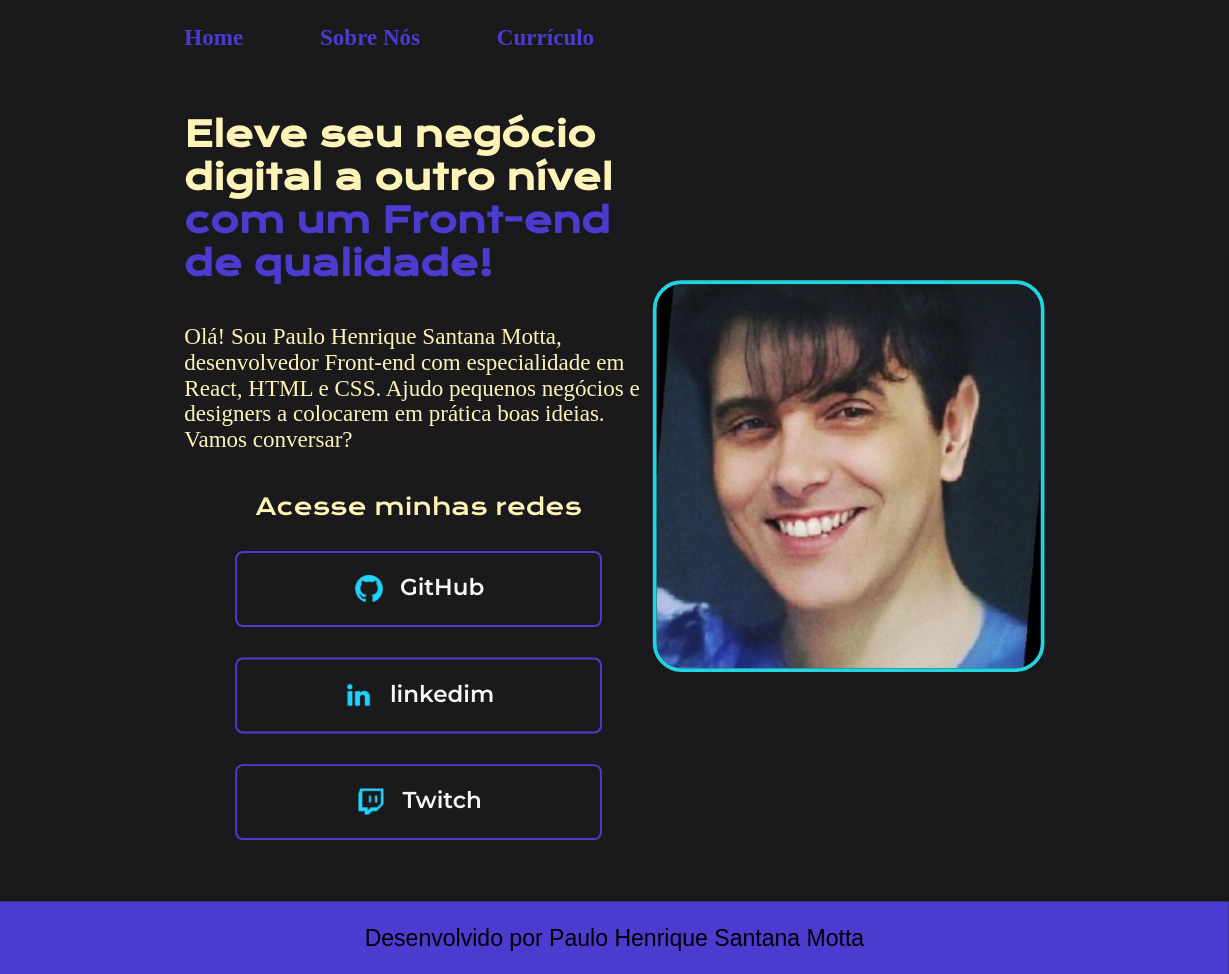
Repository: phsmottanerd/projeto-portfolio-alura
Page: index.html
These files come from the project's save history. The page is drawn as it stood at one moment and after the next save; the edit follows.
The browser window is 1280 px wide. The pictures show the whole page, at 96% of full size.

Above is the page before, as saved 2025-01-28 02:15:31.

### index.html
<!DOCTYPE html>
<html lang="pt-br">
  <head>
    <meta charset="UTF-8" />
    <meta http-equiv="X-UA-Compatible" content="IE=edge" />
    <meta name="viewport" content="width=device-width, initial-scale=1.0" />
    <title>Portifolio</title>
    <link rel="stylesheet" href="./estilos/style.css" />
  </head>

  <body>
    <header class="cabecalho">
      <nav class="cabecalho__menu">
        <a class="cabecalho__menu__link" href="index.html">Home</a>
        <a class="cabecalho__menu__link" href="about.html">Sobre Nós</a>
        <a class="cabecalho__menu__link">Currículo</a>
      </nav>
    </header>
    <main class="apresentacao">
      <section class="apresentacao__conteudo">
        <h1 class="apresentacao__conteudo__titulo">
          Eleve seu negócio digital a outro  nível
          <strong class="titulo-destaque"
            >com um Front-end de qualidade!
          </strong>
        </h1>
        <p class="apresentacao__conteudo__texto">
          Olá! Sou Paulo Henrique Santana Motta, desenvolvedor Front-end com especialidade em
          React, HTML e CSS. Ajudo pequenos negócios e designers a colocarem em
          prática boas ideias. Vamos conversar?
        </p>
        <div class="apresentacao__links">
          <h2 class="apresentacao__links__subtitulo">Acesse minhas redes</h2>
          <a
            class="apresentacao__links__link"
            href="https://github.com/phsmottanerd"
          >
            <img src="./img/github.png" />
            GitHub
          </a>
          <a
            class="apresentacao__links__link"
            href="https://linkedim.com/phsmottanerd"
          >
            <img src="./img/linkedin.png" />
            linkedim
          </a>
          <a class="apresentacao__links__link" href="https://.com/phsmottanerd">
            <img src="./img/twitch.png" />
            Twitch
          </a>
        </div>
      </section>
      <img class="img-foto" src="./img/1722867171561.jpg" alt="Paulo Henrique Santana Motta  programandor" />
    </main>
    <footer class="rodape">
      <p>Desenvolvido por Paulo Henrique Santana Motta</p>
    </footer>
  </body>
</html>

### estilos/style.css
@import url("https://fonts.googleapis.com/css2?family=Krona+One&family=Montserrat:wght@400;600&display=swap");

:root {
  --cor-primaria: #1A1A1D;
  --cor-secundaria: #FFF4B7;
  --cor-terciaria:#4C3BCF;
  --cor-hover: #1A1A1D;

  --font-primaria: "Krona One", sans-serif;
   --font-secundaria:"Montserrat", sans-serif;


}

* {
  margin: 0;
  padding: 0;
}

body {
  box-sizing: border-box;
  background-color: var(--cor-primaria);
  color: var(--cor-secundaria);
}
.cabecalho {
  padding: 2% 0% 0% 15%;
}
.cabecalho__menu {
  display: flex;
  gap: 80px;
}

.cabecalho__menu__link {
  font-family: var(----font-secundaria);
  font-size: 24px;
  font-weight: 600;
  color: var(--cor-terciaria);
  text-decoration: none;
}

.titulo-destaque {
  color: var(--cor-terciaria);
}

.apresentacao {
  padding: 5% 15%;
  display: flex;
  align-items: center;
  justify-content: space-between;
}
.apresentacao__conteudo {
  width: 615px;
  display: flex;
  flex-direction: column;
  gap: 40px;
}

.apresentacao__conteudo__titulo {
  font-size: 36px;
  font-family: var(--font-primaria);
}

.apresentacao__conteudo__texto {
  font-size: 24px;
  font-family: var(----font-secundaria);
}

.apresentacao__links {
  display: flex;
  flex-direction: column;
  justify-content: space-between;
  align-items: center;
  gap: 32px;
}
.apresentacao__links__subtitulo {
  font-family: "Krona One", sans-serif;
  font-weight: 400;
  font-size: 24px;
}
.apresentacao__links__link {
  /* background-color: #22D4FD; */
  justify-content: center;
  gap: 16px;
  display: flex;
  border: 2px solid var(--cor-terciaria);
  width: 378px;
  text-align: center;
  border-radius: 8px;
  font-size: 24px;
  font-weight: 600;
  padding: 21.5px 0;
  text-decoration: none;
  color: #f6f6f6;
  font-family: "Montserrat", sans-serif;
}
.apresentacao__links__link:hover {
  background-color: var(--cor-hover);
}
.rodape {
  padding: 24px;
  color: #000;
  background-color: var(--cor-terciaria);
  text-align: center;
  font-family: "Montsearrat", sans-serif;
  font-size: 24px;
  font-weight: 400;
}
.img-foto {
  border-radius: 30px;
  border: 4px solid #22d4Df;
  width: 500px;
  heighit: 500px;
}

After the next save:
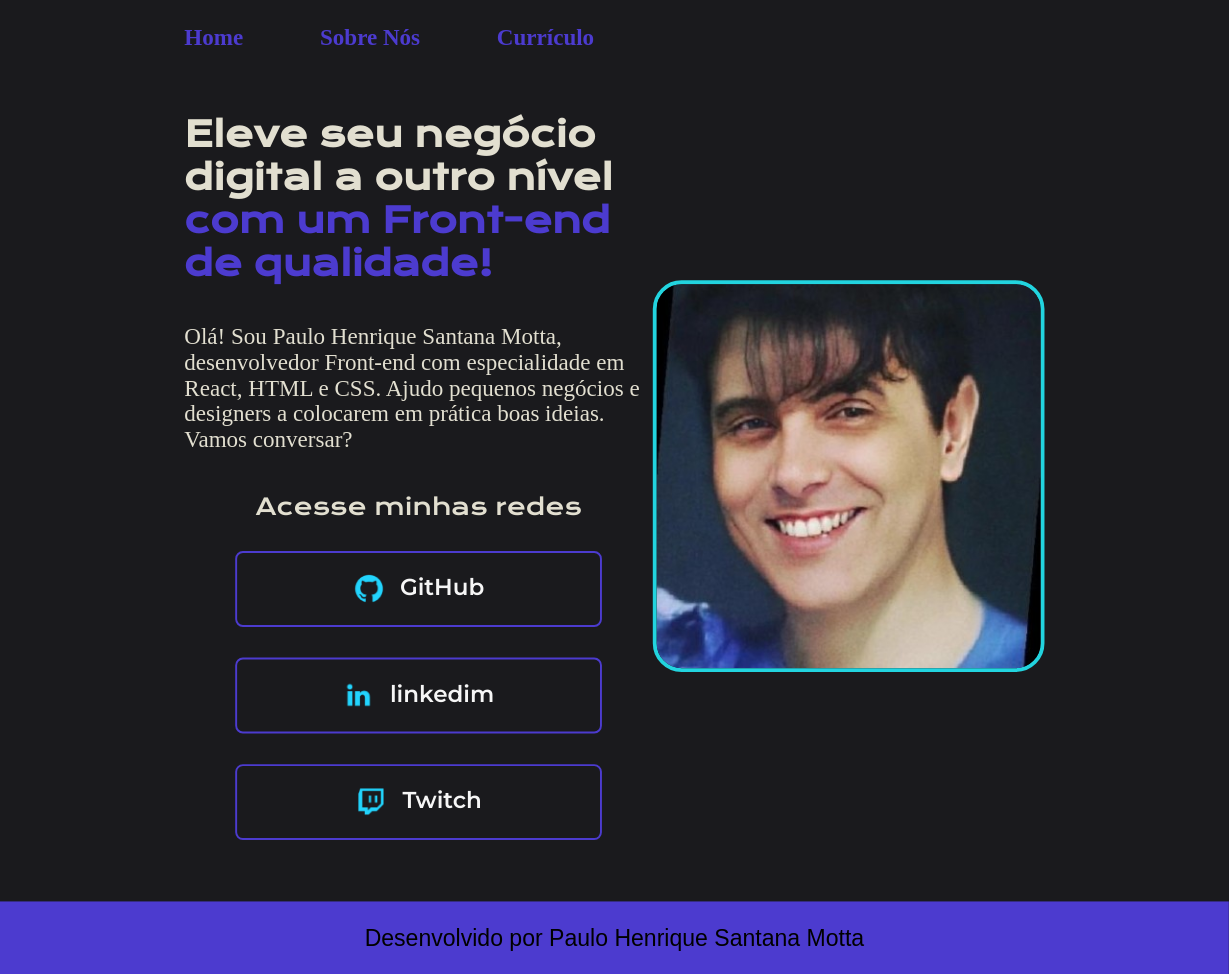
Saved 3 min 17 s later.
--- a/estilos/style.css
+++ b/estilos/style.css
@@ -2,7 +2,7 @@
 
 :root {
   --cor-primaria: #1A1A1D;
-  --cor-secundaria: #FFF4B7;
+  --cor-secundaria: #E2DFD0;
   --cor-terciaria:#4C3BCF;
   --cor-hover: #1A1A1D;
 
